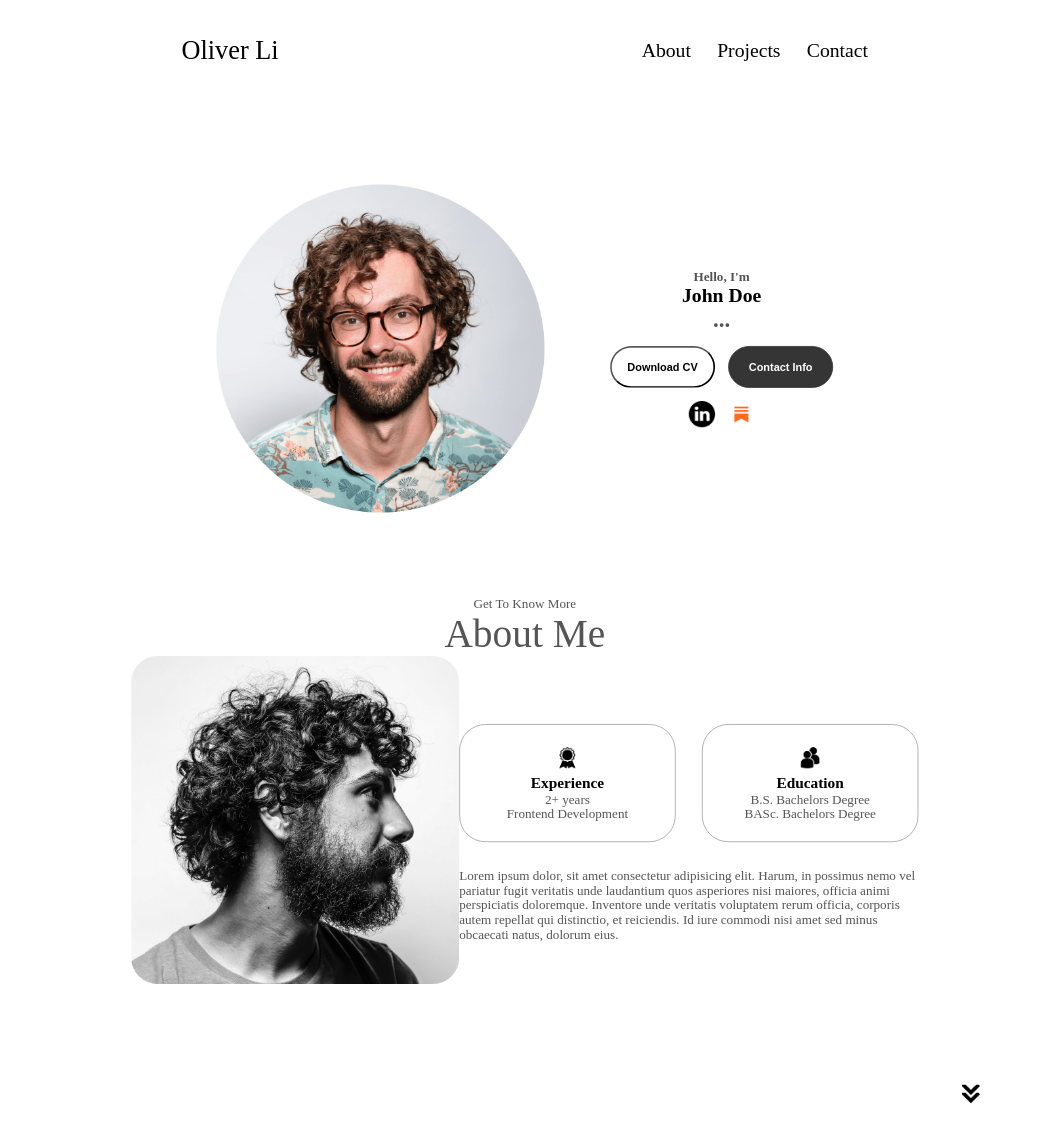
Repository: oliverli1728/portfolio
Page: index.html
These files come from the project's save history. The page is drawn as it stood at one moment and after the next save; the edit follows.
The browser window is 1280 px wide. The pictures show the whole page, at 82% of full size.
Some web fonts or font styles are not loaded; a fallback is used.

Above is the page before, as saved 2025-09-25 22:00:21.

### index.html
<!DOCTYPE html>
<html lang="en">
<head>
    <meta charset="UTF-8">
    <meta name="viewport" content="width=device-width, initial-scale=1.0">
    <title>PC</title>
    <link rel="stylesheet" href="style.css">
    <link rel="stylesheet" href="mediaqueries.css">
</head>
    <body>
        <nav id="desktop-nav">
            <div class="logo">Oliver Li</div>
            <div>
                <ul class="nav-links">
                    <li> <a href="#about">About</a></li>
                    <li> <a href="#projects">Projects</a></li>
                    <li> <a href="#contact">Contact</a></li>
                </ul>
            </div>
        </nav>
        <nav id="hamburger-nav">
            <div class="logo">Oliver Li</div>
            <div class="hamburger-menu">
                <div class="hamburger-icon" onclick="toggleMenu()">
                    <span></span>
                    <span></span>
                    <span></span>
                </div>
                <div class="menu-links">
                    <li> <a href="#about" onclick="toggleMenu()">About</a></li>
                    <li> <a href="#projects" onclick="toggleMenu()">Projects</a></li>
                    <li> <a href="#contact" onclick="toggleMenu()">Contact</a></li>
                </div>
            </div>
        </nav>
        <section id="profile">
            <div class="section__pic-container">
                <img src="./assets/profile-pic.png" alt="John Doe profile">
            </div>
        <div class="section__text">
            <p class="section__text__p1">Hello, I'm</p>
            <h1 class="Title">John Doe</h1>
            <p class="section__text__p2">...</p>
            <div class="btn-container">
                <button class="btn btn-color-2"
                onclick="window.open('./assets/resume-example.pdf')">Download CV
            </button>
                <button class="btn btn-color-1"
                onclick="location.href='./#contact'">Contact Info
            </button>
            </div>
            <div id="socials-container">
                <img src="./assets/linkedin.png" alt="LinkedIn"
                class="icon" onclick="location.href='https://www.linkedin.com/in/oliverli1728/'"/>

                <img src="./assets/substack.png" alt="substack"
                class="icon" onclick="location.href='https://substack.com/@oliver1728'"/>

            </div>
        </div>
        </section>

        <section id="about">
            <p class="section__text__p1"> Get To Know More </p>
            <p class="title"> About Me </p>
            <div class="section-container">
                <div class="section__pic-container">
                    <img src="./assets/about-pic.png" alt="about"
                    class="about-pic">
                </div>
                <div class="about-details-container">
                    <div class="about-containers">
                        <div class="details-container">
                            <img src="./assets/experience.png" alt="experience"
                            class="icon">
                        <h3>Experience</h3>
                        <p>2+ years <br> Frontend Development</p>
                        </div>
                    <div class="details-container">
                            <img src="./assets/education.png" alt="education"
                            class="icon">
                        <h3>Education</h3>
                        <p>B.S. Bachelors Degree <br> BASc. Bachelors Degree</p>
                    </div>
                    </div>
                <div class="text-container">
                <p>Lorem ipsum dolor, sit amet consectetur adipisicing elit. Harum, in possimus nemo vel pariatur fugit veritatis unde laudantium quos asperiores nisi maiores, officia animi perspiciatis doloremque. Inventore unde veritatis voluptatem rerum officia, corporis autem repellat qui distinctio, et reiciendis. Id iure commodi nisi amet sed minus obcaecati natus, dolorum eius.</p>
                </div>
                </div>
            </div>
            <img src="./assets/arrow.png" alt="Arrow icon" class="icon arrow"
            onclick="location.href='./#experience'"/>
        </section>
        <script src="script.js"></script>
    </body>
</html>

### style.css
/* General */


@import url('https://fonts.googleapis.com/css2?family=Lusitana:wght@400;700&display=swap');


* {
    margin: 0;
    padding: 0;
}

body {
    font-family: "Lusitana", serif;
    font-weight: 400;
    font-style: normal;
}

html {
    scroll-behavior: smooth;
}

p {
    color: rgb(85, 85, 85);
}

/* transition */

a, .btn {
    transition: all 300ms ease;
}

/* Desktop Nav*/

nav, .nav-links {
    display: flex;
}

nav {
    justify-content: space-around;
    align-items: center;
    height: 17vh;
}

.nav-links {
    gap: 2rem;
    list-style: none;
    font-size: 1.5rem;
}

a {
    color: black;
    text-decoration: none;
    text-decoration-color: white;
}

a:hover {
    color: grey;
    text-decoration: underline;
    text-underline-offset: 0.5rem;
    text-decoration-color: (181, 181, 181);
}

.logo {
    font-size: 2rem;
}

.logo:hover {
    cursor: default;
}


/*Hamburger Menu*/

#hamburger-nav {
    display: none;
}

.hamburger-menu {
    position: relative;
    display: inline-block;
}

.hamburger-icon {
    display: flex;
    flex-direction: column;
    justify-content: space-between;
    height: 24px;
    width: 30px;
    cursor: pointer;
}

.hamburger-icon span {
    width: 100%;
    height: 2px;
    background-color: black;
    transition: all 0.3 ease-in-out;
}

.menu-links {
    position: absolute;
    top: 100%;
    right: 0;
    background-color: white;
    width: fit-content;
    max-height: 0;
    overflow: hidden;
    transition: all 0.3 ease-in-out;
}

.menu-links a {
    display: block;
    padding: 10px;
    text-align: center;
    font-size: 1.5rem;
    color: black;
    text-decoration: none;
    transition: all 0.3 ease-in-out;
}

.menu-links li {
    list-style: none;
}

.menu-links.open {
    max-height: 300px;
}

/* Rotating line into x */
.hamburger-icon.open span:first-child {
    transform: rotate(45deg) translate(10px, 5px)
}

.hamburger-icon.open span:nth-child(2) {
    opacity: 0;
}

.hamburger-icon.open span:last-child {
    transform: rotate(-45deg) translate(10px, -5px)
}

.hamburger-icon span:first-child {
    transform: none;
}

.hamburger-icon span:first-child {
    opacity: 1;
}

.hamburger-icon span:first-child {
    transform: none;
}


/* Sections */


section {
    padding-top: 4vh;
    height: 96vh;
    margin: 0 10rem;
    box-sizing: border-box;
    min-height: fit-content;
}

.section-container {
    display: flex;
}


/* Profile Section */

#profile {
    display: flex;
    justify-content: center;
    gap: 5rem;
    height: 80vh;
}

.section__pic-container {
    display: flex;
    height: 400px;
    width: 400px;
    margin: auto 0;
}

.section__text {
    align-self: center;
    text-align: center;
}

.section__text p {
    font-weight: 600;
}

.section__text__p1 {
    text-align: center;
}

.section__text__p2 {
    font-size: 1.75rem;
    margin-bottom: 1rem;
}

.title {
    font-size: 3rem;
    text-align: center;
}

#socials-container {
    display: flex;
    justify-content: center;
    margin-top: 1rem;
    gap: 1rem;
}

/* ICONS */

.icon {
    cursor: pointer;
    height: 2rem;
}

/* Buttons */

.btn-container {
    display: flex;
    justify-content: center;
    gap: 1rem;
}

.btn {
    font-weight: 600;
    transition: all 300ms ease;
    padding: 1rem;
    width: 8rem;
    border-radius: 2rem;
}

.btn-color-1, btn-color-2 {
    border: rgb(53, 53, 53) 0.1rem solid;

}

.btn-color-1:hover, btn-color-2:hover {
    cursor: pointer;
}

.btn-color-1, btn-color-2:hover {
    background: rgb(53, 53, 53);
    color: white;
}

.btn-color-1:hover {
    background: rgb(0, 0, 0);
}

.btn-color-2 {
    background: none;
}

.btn-color2:hover {
    border: rgb(255, 255, 255) 0.1 rem solid;
}

.btn-container {
    gap: 1rem;
}

/* ABOUT SECTION */

#about {
    position: relative;
}

.about-containers {
    gap: 2rem;
    margin-bottom: 2rem;
    margin-top: 2rem;
}

.about-details-container {
    justify-content: center;
    flex-direction: column;
}

.about-containers, .about-details-container {
    display: flex;
}

.about-pic {
    border-radius: 2rem;
}

.arrow {
    position: absolute;
    right: -5rem;
    bottom: 2.5rem;
}

.details-container {
    padding: 1.5rem;
    flex: 1;
    background: white;
    border-radius: 2rem;
    border: rgb(53,53,53), 0.1rem solid;
    border-color: rgb(163, 163, 163);
    text-align: center;
}

### mediaqueries.css

/*When screen size < 1200px, desktop nav disappears*/
@media screen and (max-width: 1200px) {
    #desktop-nav {
        display: none;
    }
    #hamburger-nav {
        display: flex;
    }
}

### script.js
function toggleMenu() {
    const menu = document.querySelector(".menu-links");
    const icon = document.querySelector(".hamburger-icon");

    menu.classList.toggle("open")
    icon.classList.toggle("open")
}

After the next save:
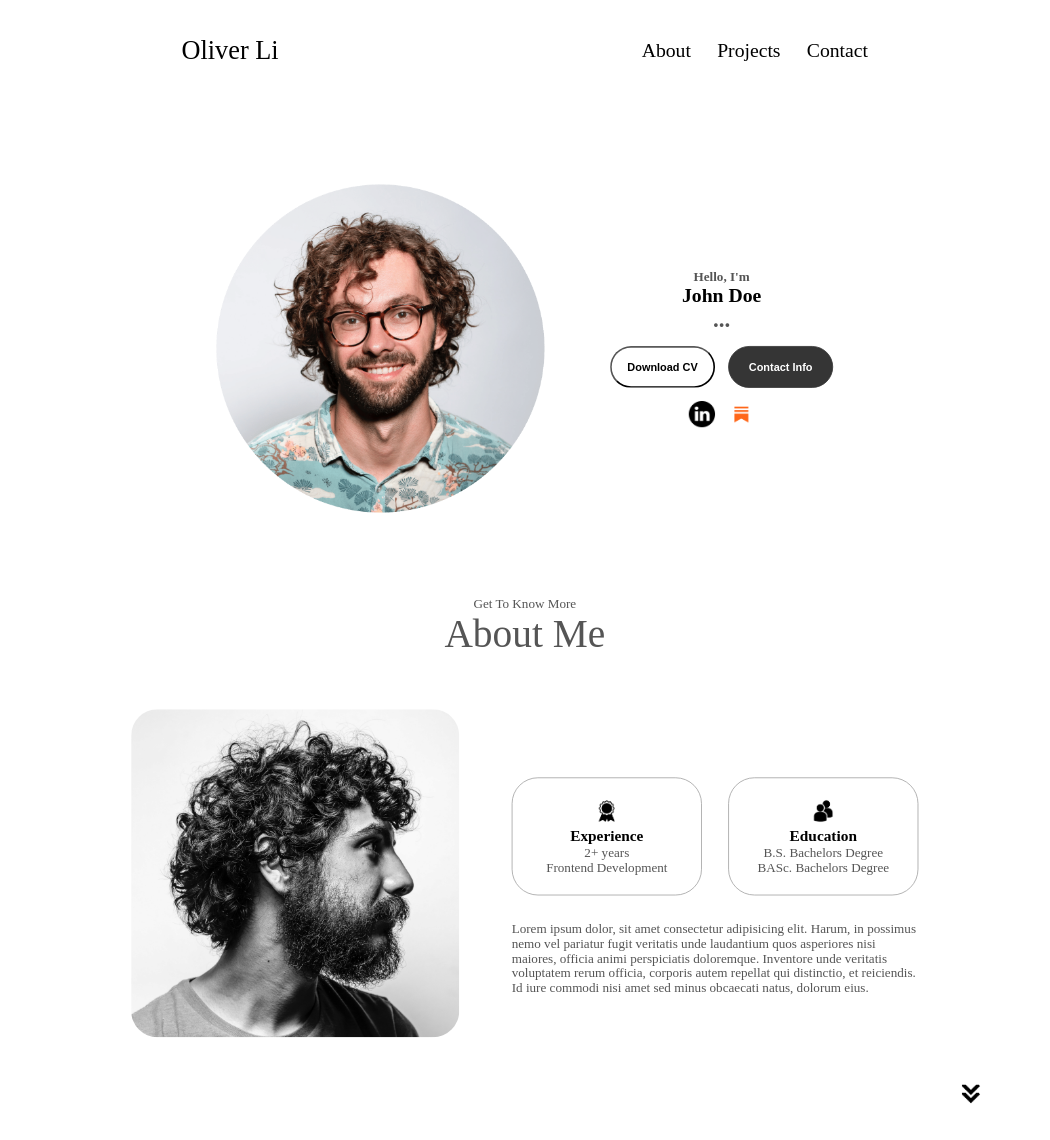
Saved 51 s later.
--- a/style.css
+++ b/style.css
@@ -306,3 +306,14 @@ section {
     border-color: rgb(163, 163, 163);
     text-align: center;
 }
+
+.section-container {
+    gap: 4rem;
+    height: 80%;
+}
+
+.section__pic-container {
+    height: 400px;
+    width: 400px;
+    margin: auto 0;
+}
